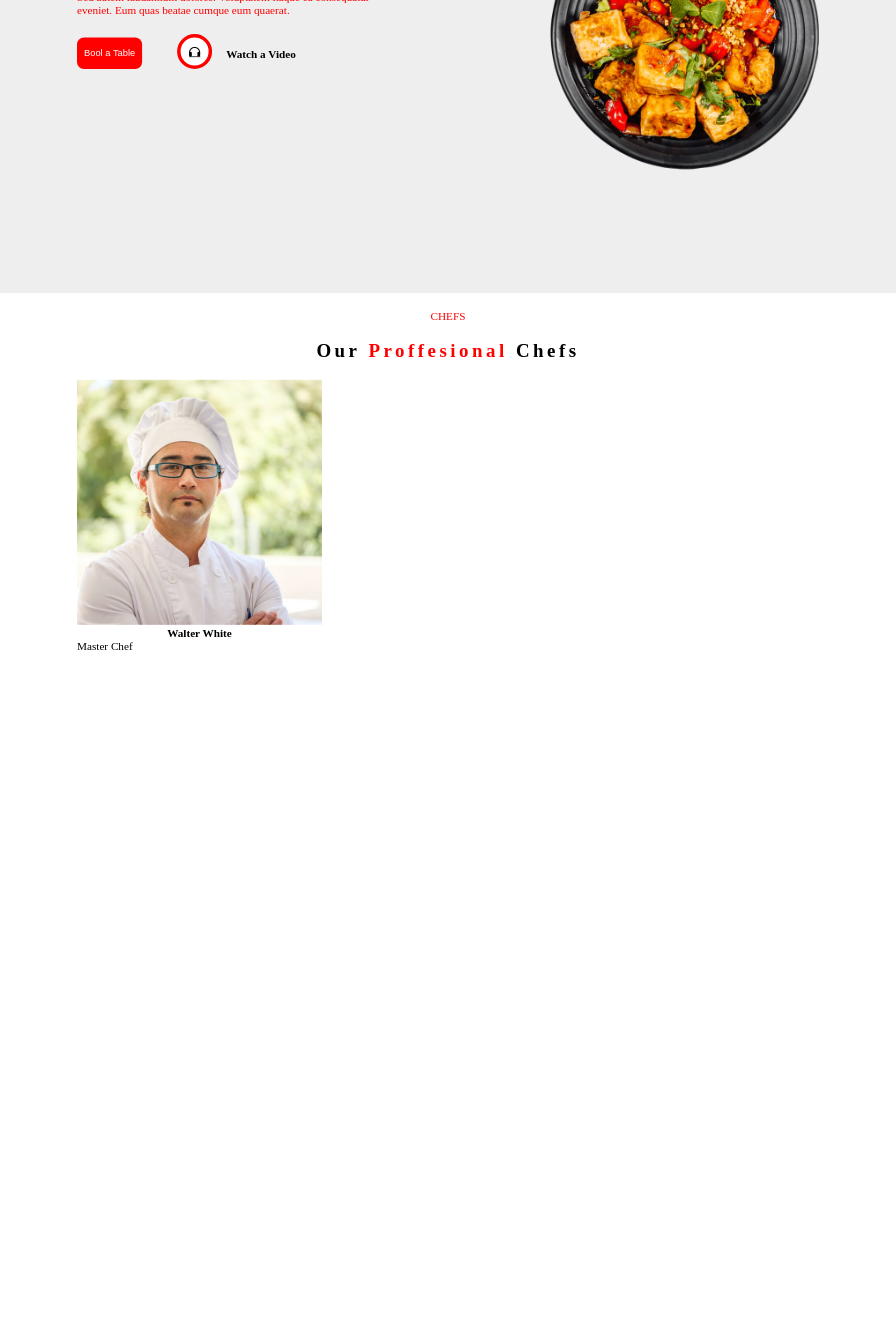
Repository: Ahmedalid/New-project
Page: Rout/index.html
The author's editor kept a copy of each file at every save. The page is drawn from the files as they stood at one save, then again after a run of saves.
The browser window is 1280 px wide. The pictures show the part of the page from y = 381 to 2301 px (the page is 5000 px tall), at 70% of full size.

Above is the page before, as saved 2023-06-04 20:03:57.

After the next 3 saves:
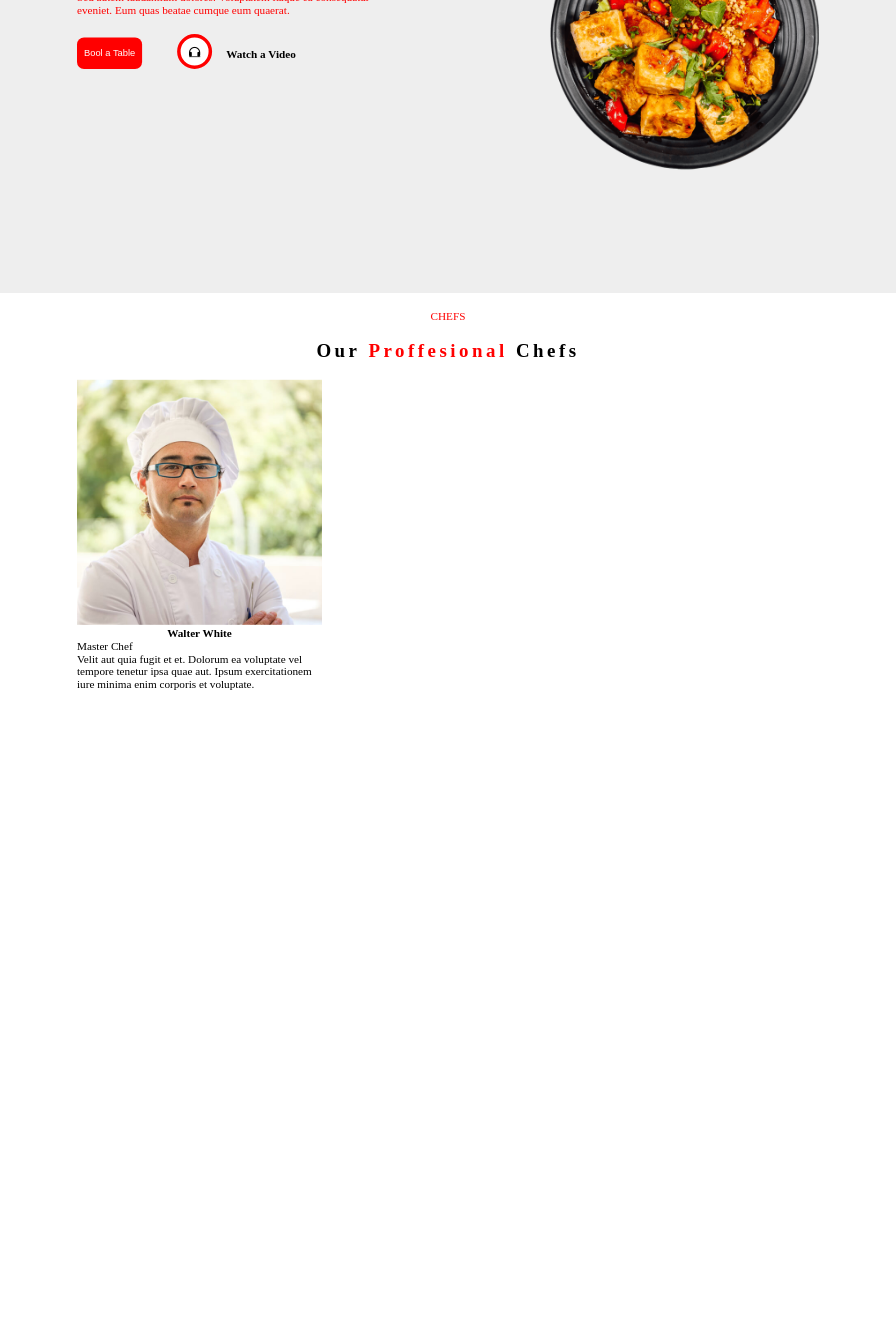
The 3 saves are shown as one change because they came seconds apart.
The last was saved 16 s later.
--- a/Rout/index.html
+++ b/Rout/index.html
@@ -12,67 +12,72 @@
 
 <body>
     <!-- Start NavBar -->
-<nav>
-<div class="div-nav">
-    <div class="nav-logo">
-        <h1>Mealify</h1>
-    </div>
-    <div class="nav-item">
-        <ul>
-            <li><a href="default.asp" class="home-actiev">Home</a></li>
-            <li><a href="" class="text-color" >Chefs</a></li>
-            <li><a href="" class="text-color" >Gallery</a></li>
-            <li><a href="" class="text-color" >Contact</a></li>
-          </ul>
-    </div>
-    <div class="nav-icon">
-        <span><i class="fa-solid fa-moon"></i></span>
-    </div>
-</div>
-</nav>
-<!-- End NavBar -->
+    <nav>
+        <div class="div-nav">
+            <div class="nav-logo">
+                <h1>Mealify</h1>
+            </div>
+            <div class="nav-item">
+                <ul>
+                    <li><a href="default.asp" class="home-actiev">Home</a></li>
+                    <li><a href="" class="text-color">Chefs</a></li>
+                    <li><a href="" class="text-color">Gallery</a></li>
+                    <li><a href="" class="text-color">Contact</a></li>
+                </ul>
+            </div>
+            <div class="nav-icon">
+                <span><i class="fa-solid fa-moon"></i></span>
+            </div>
+        </div>
+    </nav>
+    <!-- End NavBar -->
 
-<!-- Start Header -->
-<header>
-    <div class="div-header">
-        <div class="content-header container">
-            <h2 class="mt li">Enjoy Your Healthy</h2>
-            <h2 class="mt li">Delicious Food</h2>
-            <p class="mt text-color">Sed autem laudantium dolores. Voluptatem itaque ea consequatur eveniet.
-                 Eum quas beatae cumque eum quaerat.</p>
-                 <div class="d-flex">
+    <!-- Start Header -->
+    <header>
+        <div class="div-header">
+            <div class="content-header container">
+                <h2 class="mt li">Enjoy Your Healthy</h2>
+                <h2 class="mt li">Delicious Food</h2>
+                <p class="mt text-color">Sed autem laudantium dolores. Voluptatem itaque ea consequatur eveniet.
+                    Eum quas beatae cumque eum quaerat.</p>
+                <div class="d-flex">
                     <button class="btn-Boolatable">Bool a Table</button>
                     <div class="d-flex mt  ">
-               <a href="" class="icone-headphones">      <span class="headphones d-center">  <i class="fa-solid fa-headphones "></i></span> </a>
-                     <span class="Video">Watch a Video</span>
+                        <a href="" class="icone-headphones"> <span class="headphones d-center"> <i
+                                    class="fa-solid fa-headphones "></i></span> </a>
+                        <span class="Video">Watch a Video</span>
                     </div>
-                 </div>
-        </div>
-        <div class="content-header container">
-            <div class="img-header ">
-                <img src="img/hero-img.png" alt="">
+                </div>
+            </div>
+            <div class="content-header container">
+                <div class="img-header ">
+                    <img src="img/hero-img.png" alt="">
+                </div>
             </div>
         </div>
-    </div>
-</header>
-<!-- End Header -->
-<section class="container">
-    <p class="text-center text-color mt">CHEFS</p>
-    <h5 class="li text-center our-section mt">
-        Our
-        <span class="text-color">Proffesional</span>
-        Chefs
-    </h5>
-    <!-- Card And Img -->
-    <div class="mt card-img">
-        <div class="">
-            <img src="img/chefs-3.jpg" alt="">
-            <h4 class="text-center">Walter White </h4>
-            <p>Master Chef</p>
+    </header>
+    <!-- End Header -->
+    <section class="container">
+        <p class="text-center text-color mt">CHEFS</p>
+        <h5 class="li text-center our-section mt">
+            Our
+            <span class="text-color">Proffesional</span>
+            Chefs
+        </h5>
+        <!-- Card And Img -->
+        <div class="mt card-img">
+            <div class="">
+                <img src="img/chefs-3.jpg" alt="">
+                <h4 class="text-center">Walter White </h4>
+                <p>Master Chef</p>
+                <p>
+                    Velit aut quia fugit et et. Dolorum ea voluptate vel tempore tenetur ipsa quae aut. Ipsum
+                    exercitationem iure minima enim corporis et voluptate.
+                </p>
 
+            </div>
         </div>
-    </div>
-</section>
+    </section>
 </body>
 
 </html>
